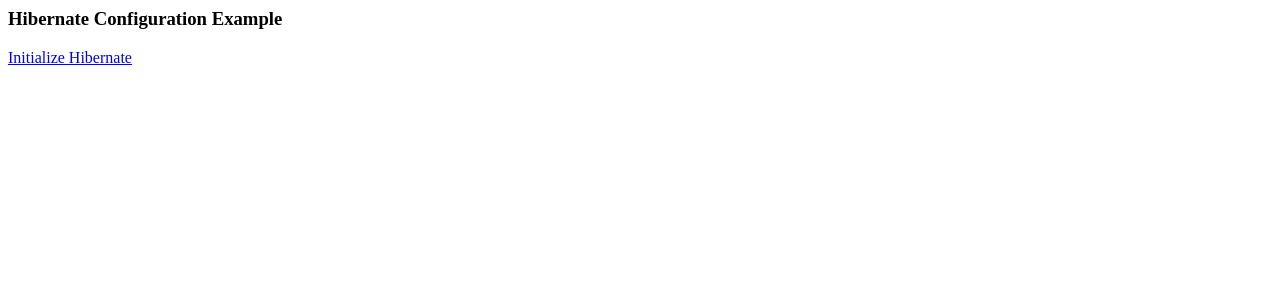
Repository: ashokwork1/slma
Page: HibernateDemo/WebContent/index.html
The author's editor kept a copy of each file at every save. The page is drawn from the files as they stood at one save, then again after the next save.
The browser window is 1280 px wide. The pictures show the whole page.

Above is the page before, as saved 2023-05-29 12:02:34.

### HibernateDemo/WebContent/index.html
<title>Hibernate Configuration Example </title>
<h3>Hibernate Configuration Example </h3>

<a href="init">Initialize Hibernate</a><br>

After the next save:
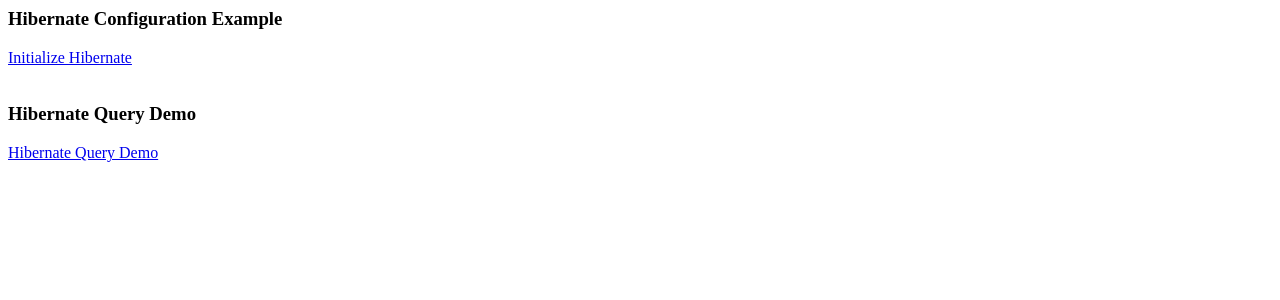
Saved 6 min 17 s later.
--- a/HibernateDemo/WebContent/index.html
+++ b/HibernateDemo/WebContent/index.html
@@ -2,3 +2,6 @@
 <h3>Hibernate Configuration Example </h3>
 
 <a href="init">Initialize Hibernate</a><br>
+
+<br> <h3> Hibernate Query Demo</h3>
+<a href="HibernateQueryDemo"> Hibernate Query Demo</a><br>
